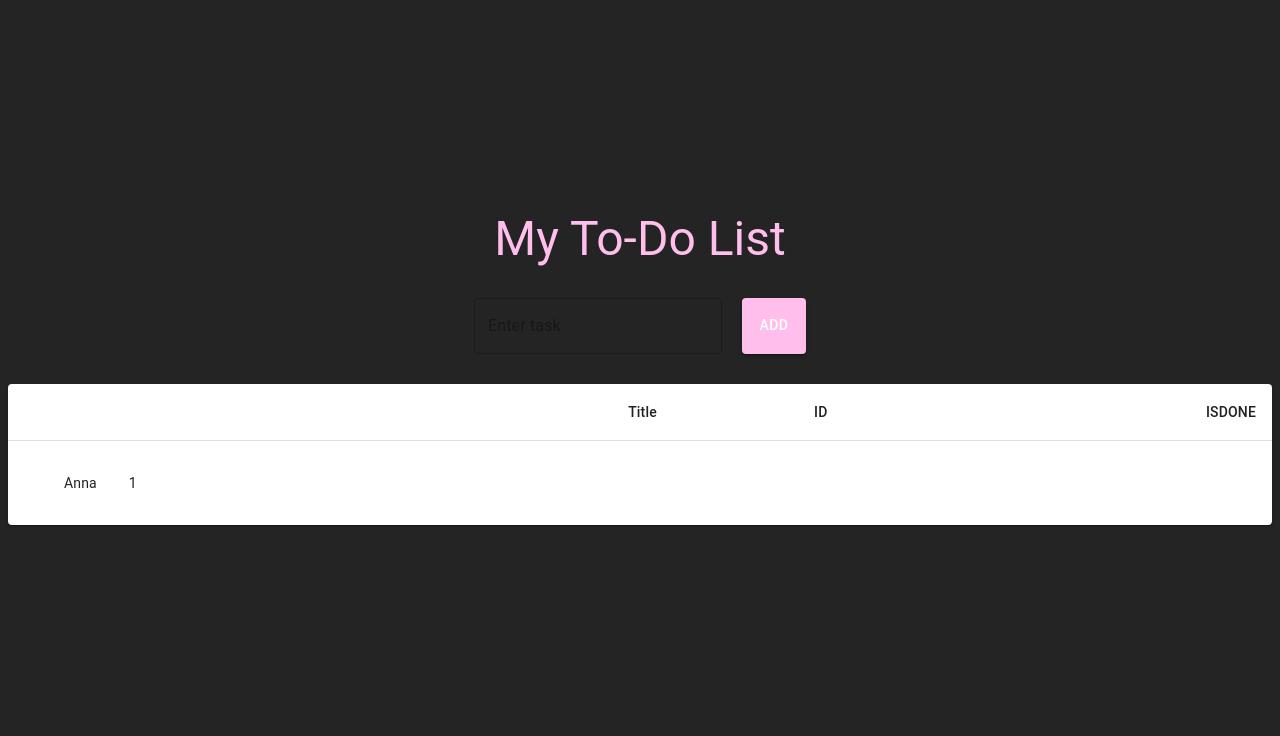
Repository: savannaaaas/ToDo_List
Page: /
An editor plug-in stored every save of this project. The page is shown before and after the next save, followed by the edit.
The browser window is 1280 px wide. The pictures show the whole page.
The project was rebuilt for these pictures with package versions that can differ from the ones it lists, and the page was loaded fresh each time. Also part of the build but not shown: vite.config.js.

Above is the page before, as saved 2025-08-09 01:02:02.

After the next save:
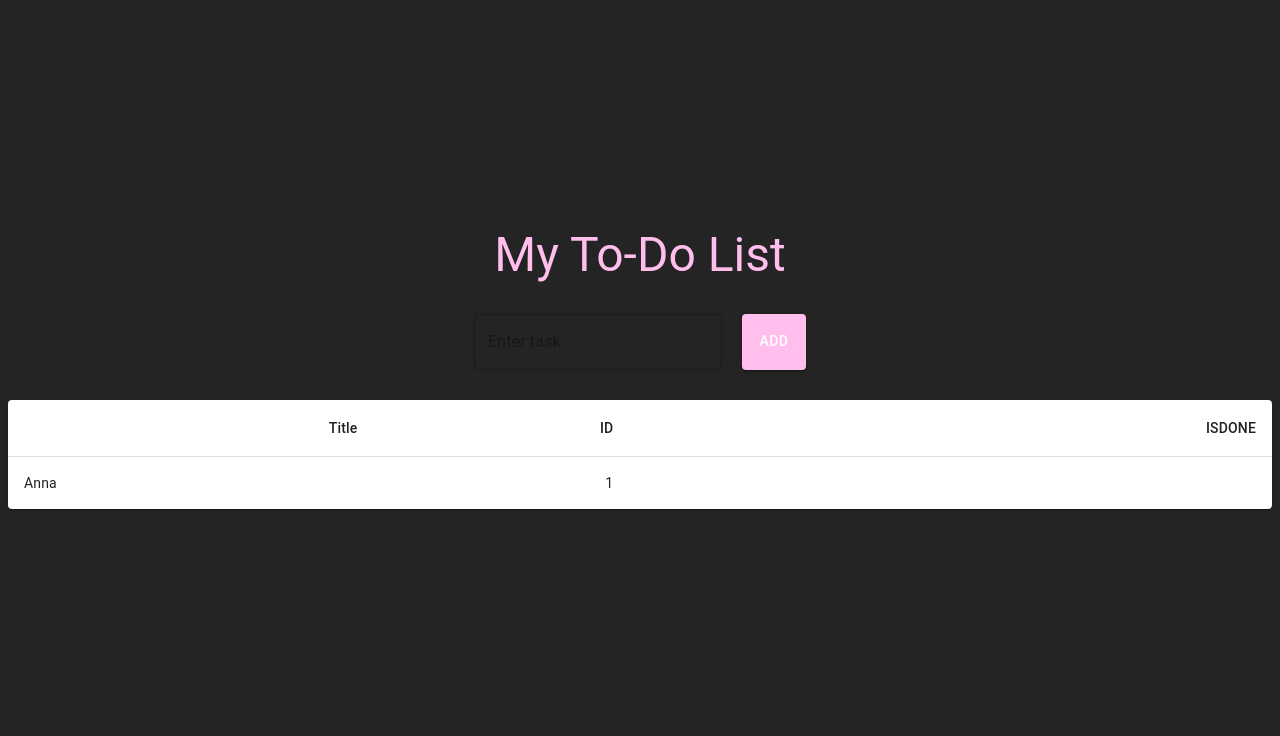
Saved 66 s later.
--- a/src/components/ShowTasks.jsx
+++ b/src/components/ShowTasks.jsx
@@ -24,11 +24,7 @@ export const ShowTasks = () => {
         </TableHead>
         <TableBody>
           {tasks.map((task) => {
-            return (
-              <ul key={task.id}>
-                <Task task={task} />
-              </ul>
-            );
+            return <Task task={task} />;
           })}
         </TableBody>
       </Table>
